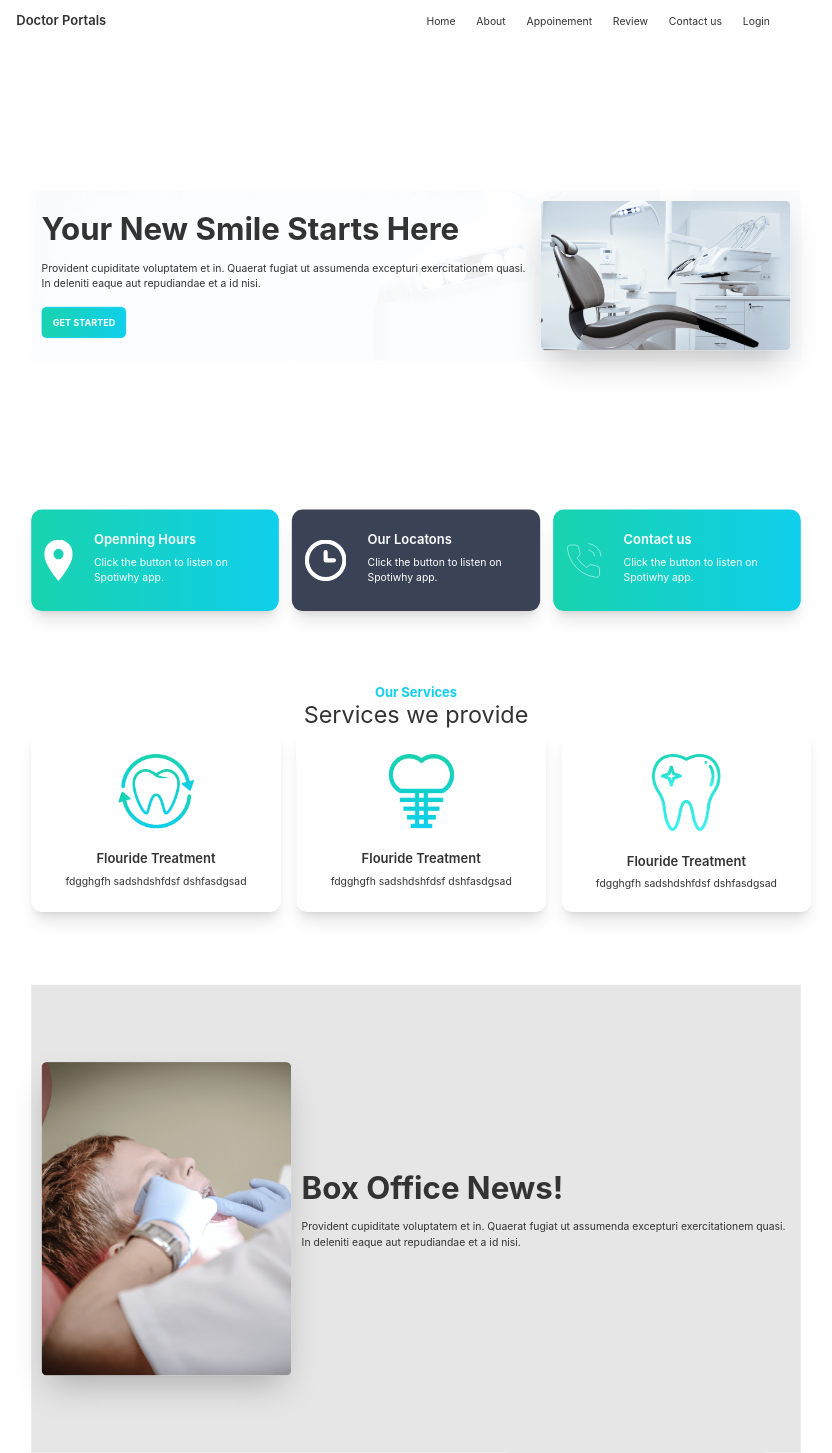
Repository: devsajid/doctors-portal-client
Page: /
These files come from the project's save history. The page is drawn as it stood at one moment and after the next save; the edit follows.
The browser window is 1280 px wide. The pictures show the whole page, at 65% of full size.
Backgrounds fixed to the window are drawn as part of the page. The project was rebuilt for these pictures with package versions that can differ from the ones it lists, and the page was loaded fresh each time. Also part of the build but not shown: src/App.css, src/Pages/About/About.js, src/Pages/Appoinment/Appoinment.js, src/Pages/Contact/Contact.js, src/Pages/Login/Login.js, src/Pages/Review/Review.js.

Above is the page before, as saved 2022-08-05 22:31:48.

After the next save:
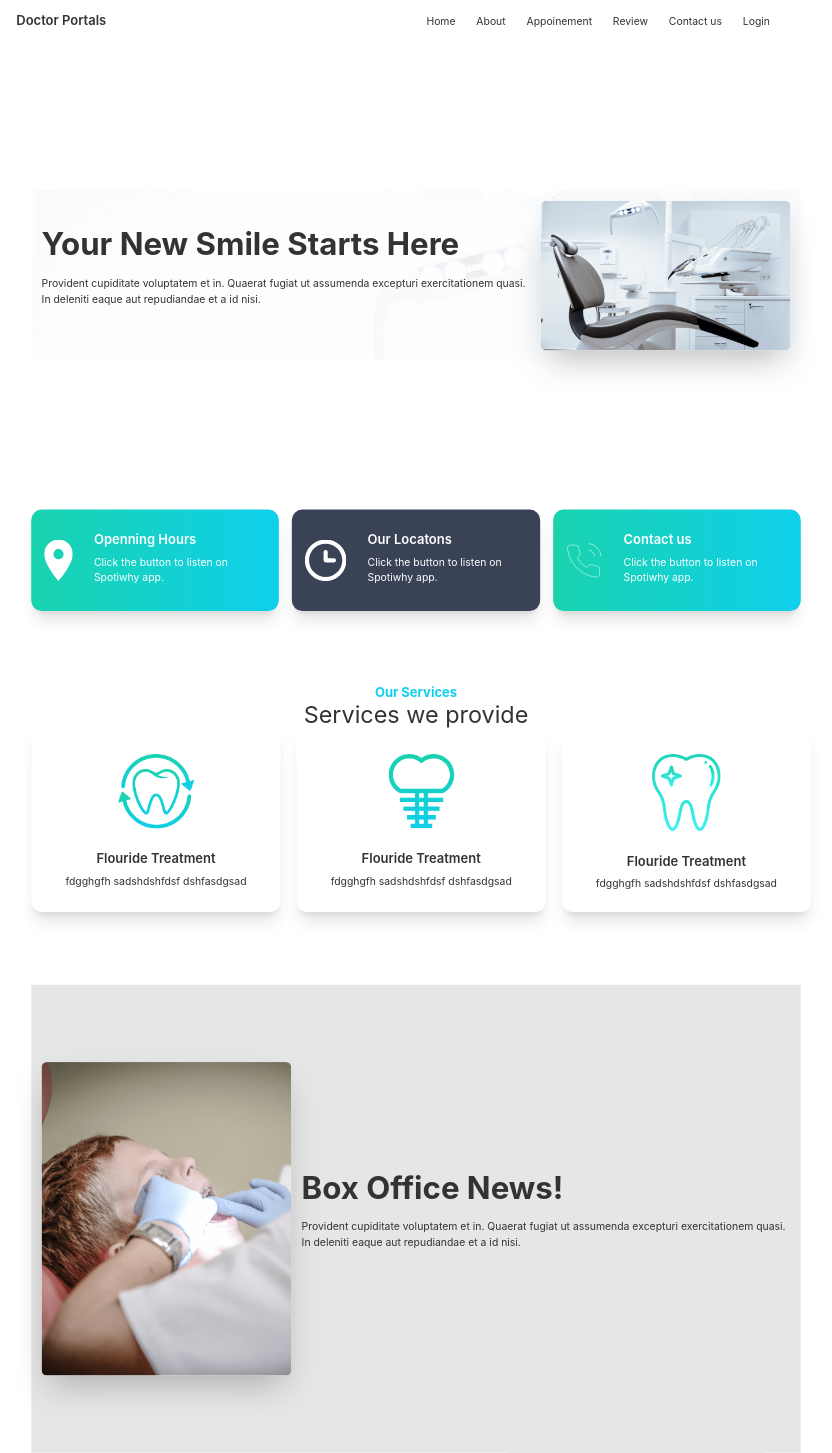
Saved 16 s later.
--- a/src/Pages/Home/Banner/Banner.js
+++ b/src/Pages/Home/Banner/Banner.js
@@ -17,9 +17,6 @@ const Banner = () => {
               excepturi exercitationem quasi. In deleniti eaque aut repudiandae
               et a id nisi.
             </p>
-            <button class="btn btn-primary uppercase text-white font-bold bg-gradient-to-r from-secondary to-primary">
-              Get Started
-            </button>
           </div>
         </div>
       </div>
